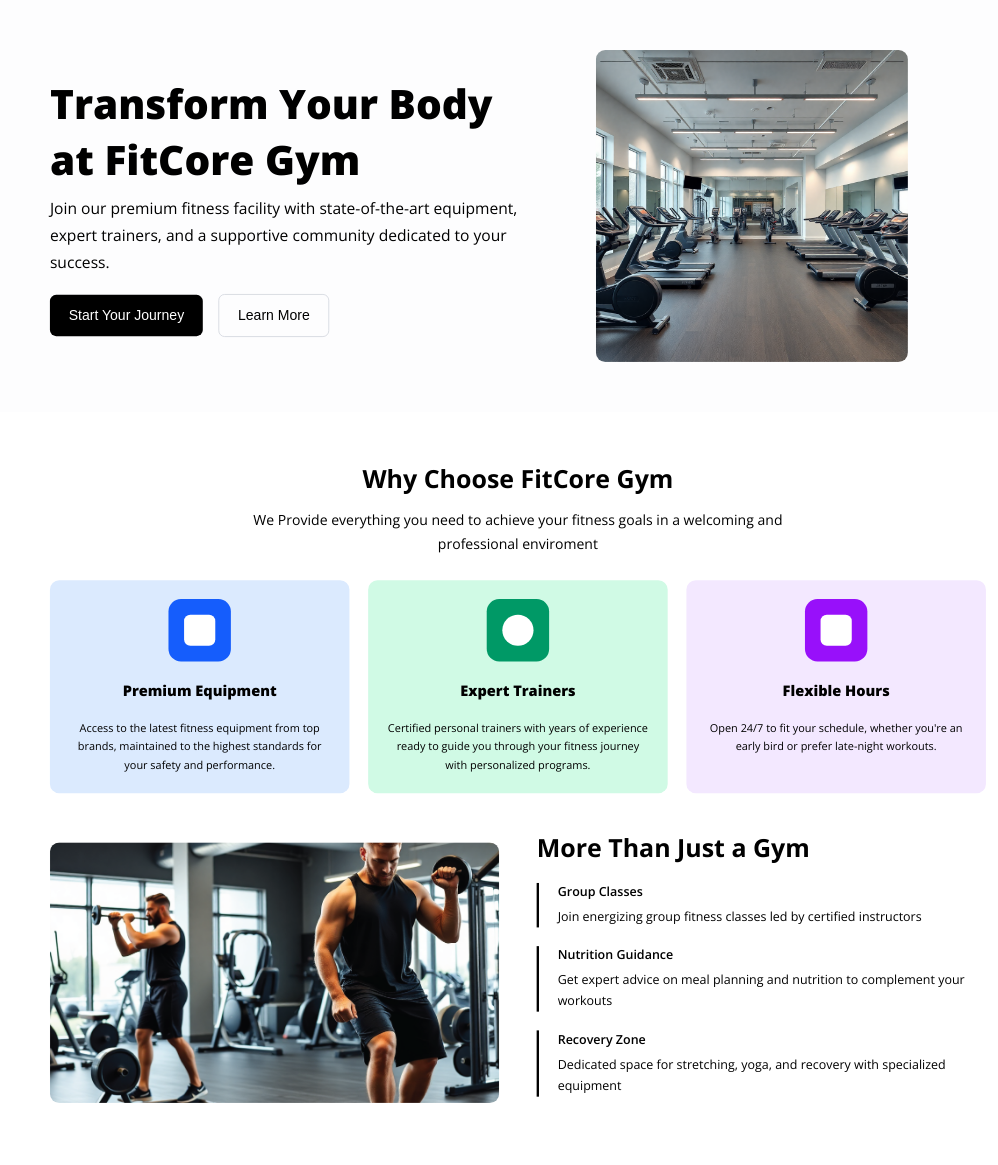
Repository: abdobadawi-ops/Route-Academy-Assignments
Page: Secon Assignment - fit-core-gym/index.html
An editor plug-in stored every save of this project. The page is shown before and after the next save, followed by the edit.
The browser window is 1280 px wide. The pictures show the whole page, at 78% of full size.

Above is the page before, as saved 2026-04-28 13:23:40.

### Secon Assignment - fit-core-gym/index.html
<!doctype html>
<html lang="en">
  <head>
    <meta charset="UTF-8" />
    <meta name="viewport" content="width=device-width, initial-scale=1.0" />
    <title>FitCore Gym | Assignment 2</title>
    <meta
      name="description"
      content="Transform Your Body at FitCore Gym, We provide everything you need to achieve your fitness goals in a welcoming and professional environment."
    />
    <link rel="shortcut icon" href="./imgs/favicon.png" type="image/x-icon" />
    <link rel="preconnect" href="https://fonts.googleapis.com" />
    <link rel="preconnect" href="https://fonts.gstatic.com" crossorigin />
    <link
      href="https://fonts.googleapis.com/css2?family=Open+Sans:ital,wght@0,300..800;1,300..800&display=swap"
      rel="stylesheet"
    />
    <link rel="stylesheet" href="./style.css" />
  </head>
  <body>
    <header>
      <div class="container grid-2-cols">
        <div class="left">
          <h1>Transform Your Body at FitCore Gym</h1>
          <p>
            Join our premium fitness facility with state-of-the-art equipment,
            expert trainers, and a supportive community dedicated to your
            success.
          </p>
          <div class="buttons">
            <button class="btn btn--main">Start Your Journey</button>
            <button class="btn btn--alt">Learn More</button>
          </div>
        </div>
        <img src="./imgs/hero-section-img.png" alt="fitcore gym" />
      </div>
    </header>

    <section>
      <div class="container">
        <div class="section-heading">
          <h2>Why Choose FitCore Gym</h2>
          <p>
            We Provide everything you need to achieve your fitness goals in a
            welcoming and professional enviroment
          </p>
        </div>

        <div class="features grid-3-cols">
          <div class="feat">
            <div class="icon">
              <div></div>
            </div>
            <h3>Premium Equipment</h3>
            <p>
              Access to the latest fitness equipment from top brands, maintained
              to the highest standards for your safety and performance.
            </p>
          </div>
          <div class="feat">
            <div class="icon">
              <div></div>
            </div>
            <h3>Expert Trainers</h3>
            <p>
              Certified personal trainers with years of experience ready to
              guide you through your fitness journey with personalized programs.
            </p>
          </div>
          <div class="feat">
            <div class="icon">
              <div></div>
            </div>
            <h3>Flexible Hours</h3>
            <p>
              Open 24/7 to fit your schedule, whether you're an early bird or
              prefer late-night workouts.
            </p>
          </div>
        </div>

        <div class="premium grid-2-cols">
          <img
            src="./imgs/why-choose-us.png"
            alt="Men left weights in the gym"
          />
          <div class="items">
            <h3>More Than Just a Gym</h3>
            <div class="item">
              <h4>Group Classes</h4>
              <p>
                Join energizing group fitness classes led by certified
                instructors
              </p>
            </div>
            <div class="item">
              <h4>Nutrition Guidance</h4>
              <p>
                Get expert advice on meal planning and nutrition to complement
                your workouts
              </p>
            </div>
            <div class="item">
              <h4>Recovery Zone</h4>
              <p>
                Dedicated space for stretching, yoga, and recovery with
                specialized equipment
              </p>
            </div>
          </div>
        </div>
      </div>
    </section>
  </body>
</html>

### Secon Assignment - fit-core-gym/style.css
/* variables */
:root {
  --main-color: #000;
  --section-color: oklch(98.5% 0.002 247.839);
}

/* global rules */
* {
  box-sizing: border-box;
  margin: 0;
  padding: 0;
}

body {
  font-family: "Open Sans", sans-serif;
}

.container {
  width: 1200px;
  margin-inline: auto;
}

section {
  padding: 64px;
}

/* components */
.grid-2-cols {
  display: grid;
  grid-template-columns: repeat(2, 1fr);
  align-items: center;
}

.grid-3-cols {
  display: grid;
  grid-template-columns: repeat(3, 1fr);
}

.section-heading {
  text-align: center;
  width: 700px;
  margin-inline: auto;
  margin-bottom: 32px;

  h2 {
    font-size: 32px;
    margin-bottom: 16px;
  }

  p {
    font-size: 18px;
    line-height: 1.7;
  }
}

/* header */

header {
  background-color: #fdfdfe;
  padding: 64px;
  & h1 {
    font-size: 52px;
    font-weight: 900;
  }

  p {
    font-size: 20px;
    line-height: 1.7;
    margin-top: 12px;
    margin-bottom: 24px;
  }

  .btn {
    background: none;
    border: none;
    font-size: 18px;
    color: #fff;
    padding: 16px 24px;
    border-radius: 8px;
    cursor: pointer;
  }

  .buttons {
    display: flex;
    align-items: center;
    gap: 20px;
  }

  .btn--main {
    background-color: var(--main-color);
  }

  .btn--alt {
    background-color: #fdfdfe;
    color: #000;
    border: 1px solid #d1d5dc;
  }

  img {
    width: 400px;
    justify-self: center;
    border-radius: 12px;
  }
}

/* why to choose us */

.features {
  column-gap: 24px;
  text-align: center;
  margin-bottom: 48px;

  .feat {
    display: flex;
    flex-direction: column;
    gap: 24px;
    padding: 24px;
    border-radius: 12px;

    h3 {
      font-weight: 800;
    }

    p {
      font-size: 14px;
      line-height: 1.7;
    }
  }

  .icon {
    width: 80px;
    height: 80px;
    border-radius: 16px;
    margin-inline: auto;
    background-color: #155dfc;
    display: flex;
    align-items: center;
    justify-content: center;

    & div {
      width: 40px;
      height: 40px;
      background-color: #fff;
      border-radius: 8px;
    }
  }

  .feat:nth-child(1) {
    background-color: #dbeafe;
  }

  .feat:nth-child(2) {
    background-color: #d0fae5;

    .icon {
      background-color: #009966;

      div {
        border-radius: 50%;
      }
    }
  }

  .feat:nth-child(3) {
    background-color: #f3e8ff;

    .icon {
      background-color: #9810fa;
    }
  }
}

.premium {
  gap: 48px;

  img {
    width: 100%;
    border-radius: 12px;
  }

  h3 {
    font-size: 32px;
    margin-bottom: 24px;
  }

  .item {
    display: flex;
    flex-direction: column;
    border-left: 3px solid #000;
    padding-left: 24px;
    margin-bottom: 24px;

    h4 {
      margin-bottom: 8px;
      font-weight: 600;
    }

    p {
      font-size: 16px;
      line-height: 1.7;
    }
  }
}

After the next save:
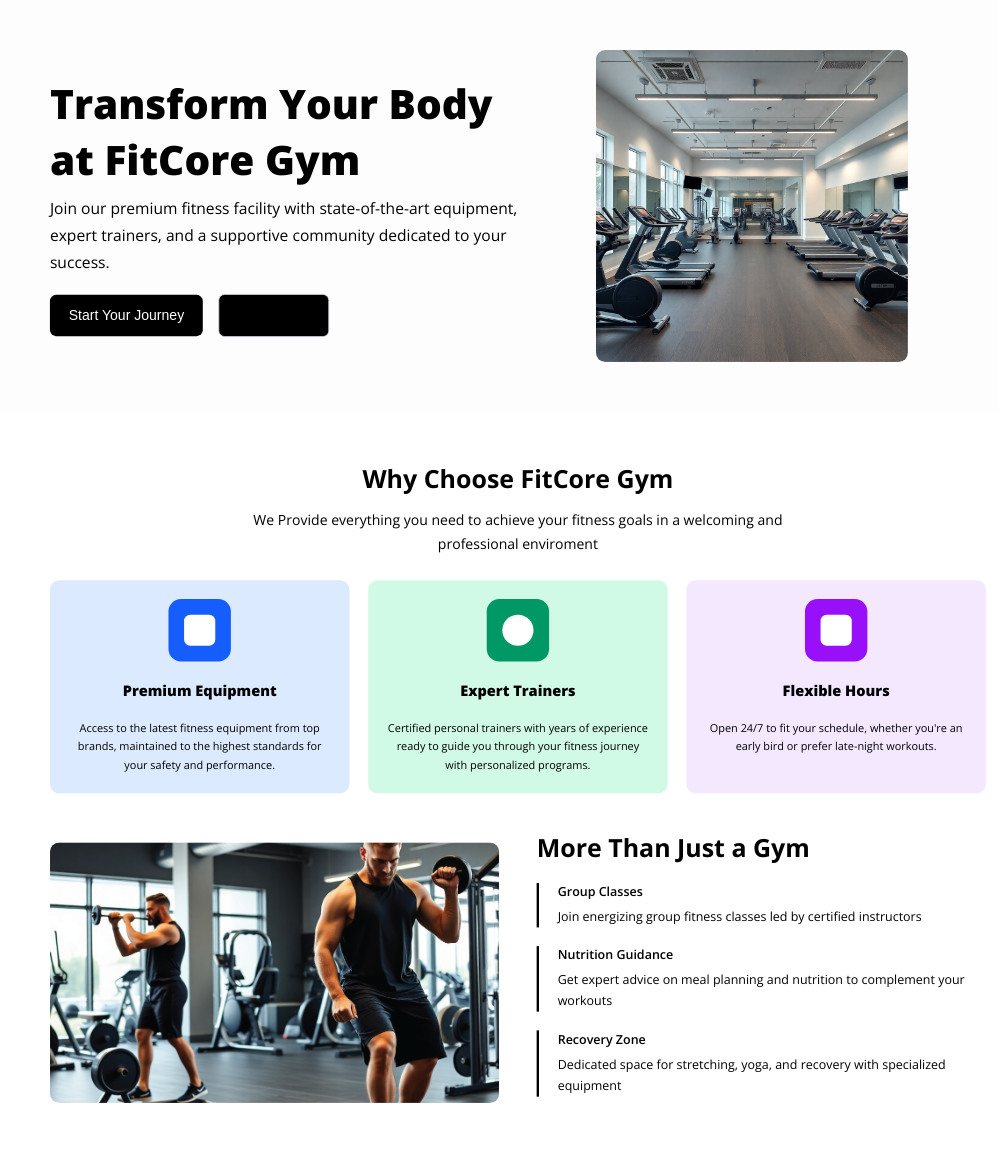
Saved 89 s later.
--- a/Secon Assignment - fit-core-gym/style.css
+++ b/Secon Assignment - fit-core-gym/style.css
@@ -1,7 +1,7 @@
 /* variables */
 :root {
   --main-color: #000;
-  --section-color: oklch(98.5% 0.002 247.839);
+  --section-color: #fdfdfe;
 }
 
 /* global rules */
@@ -24,6 +24,10 @@ section {
   padding: 64px;
 }
 
+.special-bg {
+  background-color: #fdfdfe;
+}
+
 /* components */
 .grid-2-cols {
   display: grid;
@@ -56,7 +60,7 @@ section {
 /* header */
 
 header {
-  background-color: #fdfdfe;
+  background-color: var(--section-color);
   padding: 64px;
   & h1 {
     font-size: 52px;
@@ -91,7 +95,7 @@ header {
   }
 
   .btn--alt {
-    background-color: #fdfdfe;
+    background-color: var(--main-color);
     color: #000;
     border: 1px solid #d1d5dc;
   }
